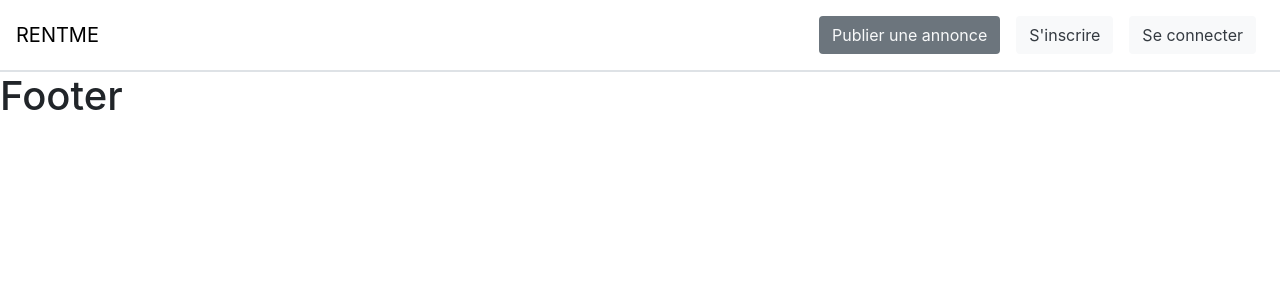
Repository: johan1412/rentme-front
Page: /
The author's editor kept a copy of each file at every save. The page is drawn from the files as they stood at one save, then again after a run of saves.
The browser window is 1280 px wide. The pictures show the whole page.
The page's requests for data from a server got no answer. The project was rebuilt for these pictures with package versions that can differ from the ones it lists, and the page was loaded fresh each time. No one was signed in, and anything a server would have sent is missing. Also part of the build but not shown: vue.config.js, src/components/form/LoginForm.vue, src/components/pages/common/auth/LoginPage.vue, src/components/form/RegisterForm.vue, src/components/pages/common/auth/RegisterPage.vue.

Above is the page before, as saved 2022-01-05 02:40:43.

After the next 2 saves:
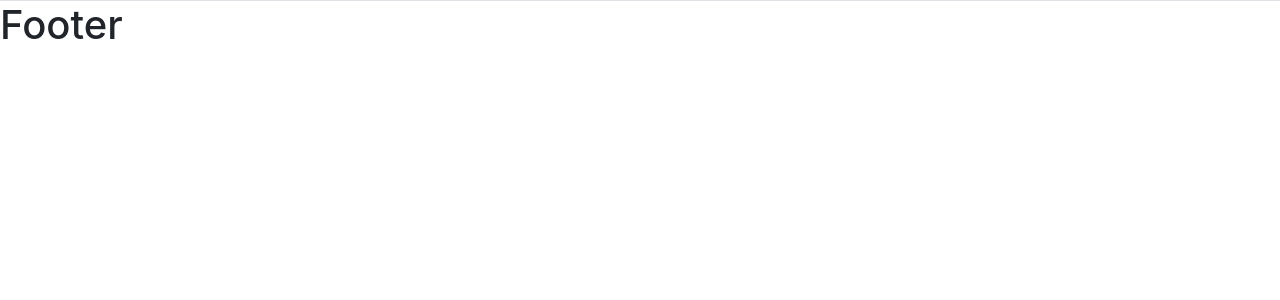
The 2 saves are shown as one change because they came seconds apart.
The last was saved 41 s later.
--- a/src/components/layout/BaseLayout.vue
+++ b/src/components/layout/BaseLayout.vue
@@ -1,19 +1,16 @@
 <template>
   <div>
-    <NavBar :user="user" />
     <slot></slot>
     <Footer />
   </div>
 </template>
 <script>
-import NavBar from "../layout/NavBar.vue";
 import Footer from "../layout/Footer.vue";
 export default {
   name: "BaseLayout",
   props:
     ["user"],
   components: {
-    NavBar,
     Footer
   },
 };

After the save that followed:
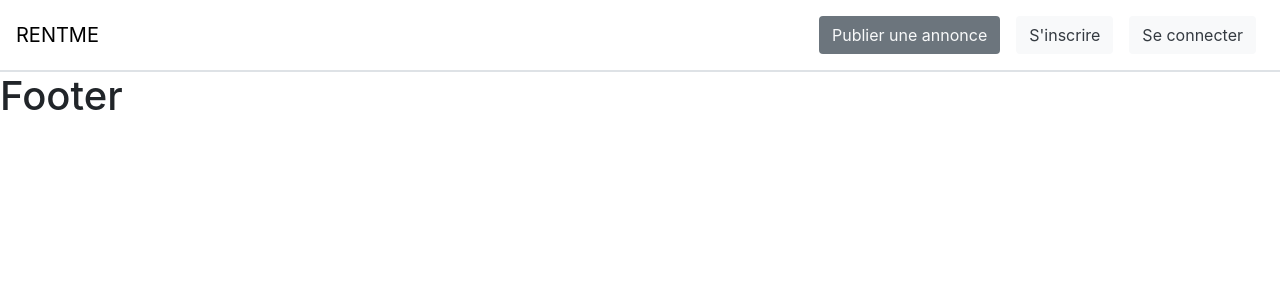
Saved 11 s later.
--- a/src/components/layout/BaseLayout.vue
+++ b/src/components/layout/BaseLayout.vue
@@ -1,16 +1,19 @@
 <template>
   <div>
+    <NavBar :user="user" />
     <slot></slot>
     <Footer />
   </div>
 </template>
 <script>
+import NavBar from "../layout/NavBar.vue";
 import Footer from "../layout/Footer.vue";
 export default {
   name: "BaseLayout",
   props:
     ["user"],
   components: {
+    NavBar,
     Footer
   },
 };
